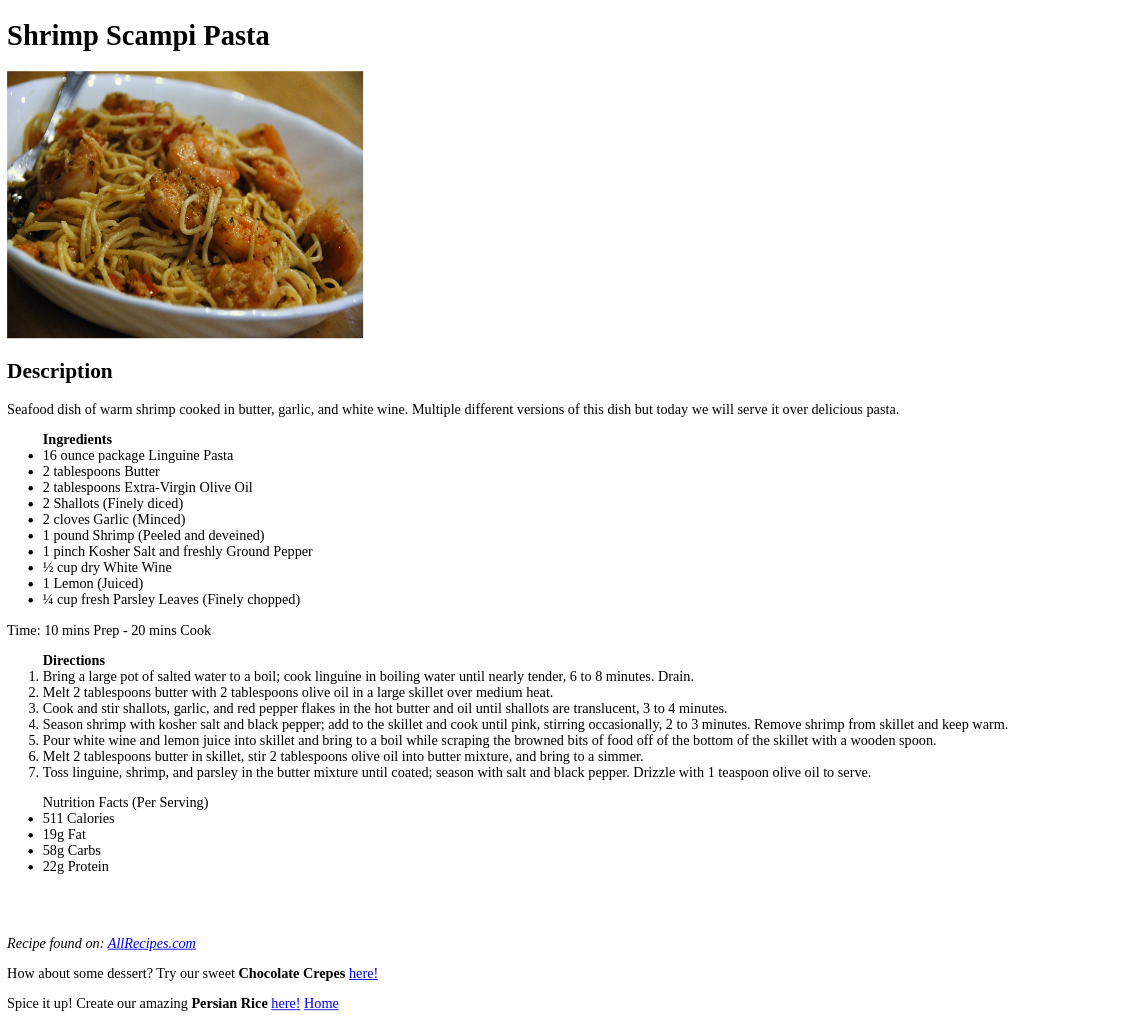
Repository: Mervens/odin-recipes
Page: recipes/pasta.html
The author's editor kept a copy of each file at every save. The page is drawn from the files as they stood at one save, then again after the next save.
The browser window is 1280 px wide. The pictures show the whole page, at 89% of full size.

Above is the page before, as saved 2025-06-18 12:57:27.

### recipes/pasta.html
<!DOCTYPE html>

<html lang="en">

<head>
    <meta charset="UTF-8">
    <title>Shrimp Scampi Pasta | Odin Recipes</title>
</head>

<body>
    <h1>Shrimp Scampi Pasta</h1>

    <img src="../recipes/images/Shrimp Scampi.png"
        alt="Photo of Shrimp Scampi Pasta. Image found on Flickr - linked in ReadME." height=300 width=400>
    <h2>Description</h2>
    <p>Seafood dish of warm shrimp cooked in butter, garlic, and white wine. Multiple different versions of this dish
        but today we will serve it over delicious pasta.</p>
    <ul><strong>Ingredients</strong>
        <li>16 ounce package Linguine Pasta</li>
        <li>2 tablespoons Butter</li>
        <li>2 tablespoons Extra-Virgin Olive Oil</li>
        <li>2 Shallots (Finely diced)</li>
        <li>2 cloves Garlic (Minced)</li>
        <li>1 pound Shrimp (Peeled and deveined)</li>
        <li>1 pinch Kosher Salt and freshly Ground Pepper</li>
        <li>½ cup dry White Wine</li>
        <li>1 Lemon (Juiced)</li>
        <li>¼ cup fresh Parsley Leaves (Finely chopped)</li>
    </ul>
    <p>Time: 10 mins Prep - 20 mins Cook</p>
    <ol><strong>Directions</strong>
        <li>Bring a large pot of salted water to a boil; cook linguine in boiling water until nearly tender, 6 to 8
            minutes. Drain.
        </li>
        <li>Melt 2 tablespoons butter with 2 tablespoons olive oil in a large skillet over medium heat.
        </li>
        <li>Cook and stir shallots, garlic, and red pepper flakes in the hot butter and oil until shallots are
            translucent, 3 to 4 minutes.</li>
        <li>Season shrimp with kosher salt and black pepper; add to the skillet and cook until pink, stirring
            occasionally, 2 to 3 minutes. Remove shrimp from skillet and keep warm.
        </li>
        <li>Pour white wine and lemon juice into skillet and bring to a boil while scraping the browned bits of food off
            of the bottom of the skillet with a wooden spoon.</li>
        <li>Melt 2 tablespoons butter in skillet, stir 2 tablespoons olive oil into butter mixture, and bring to a
            simmer.</li>
        <li>Toss linguine, shrimp, and parsley in the butter mixture until coated; season with salt and black pepper.
            Drizzle with 1 teaspoon olive oil to serve.</li>
    </ol>
    <ul>
        Nutrition Facts (Per Serving)
        <li>511 Calories</li>
        <li>19g Fat</li>
        <li>58g Carbs</li>
        <li>22g Protein</li>
    </ul>
    <br>
    <br>

    <p><em>Recipe found on:
            <a href="https://www.allrecipes.com/recipe/229960/shrimp-scampi-with-pasta/" target="_blank"
                rel="noopener noreferrer">AllRecipes.com</em>
    </p>
    </a>
    <p>How about some dessert? Try our sweet <strong>Chocolate Crepes </strong><a href="../recipes/crepe.html">here!</a>
    </p>
    <p>Spice it up! Create our amazing <strong>Persian Rice </strong><a href="../recipes/persian-rice.html">here!</a>
        <a href="../index.html">Home</a>

</body>

</html>

After the next save:
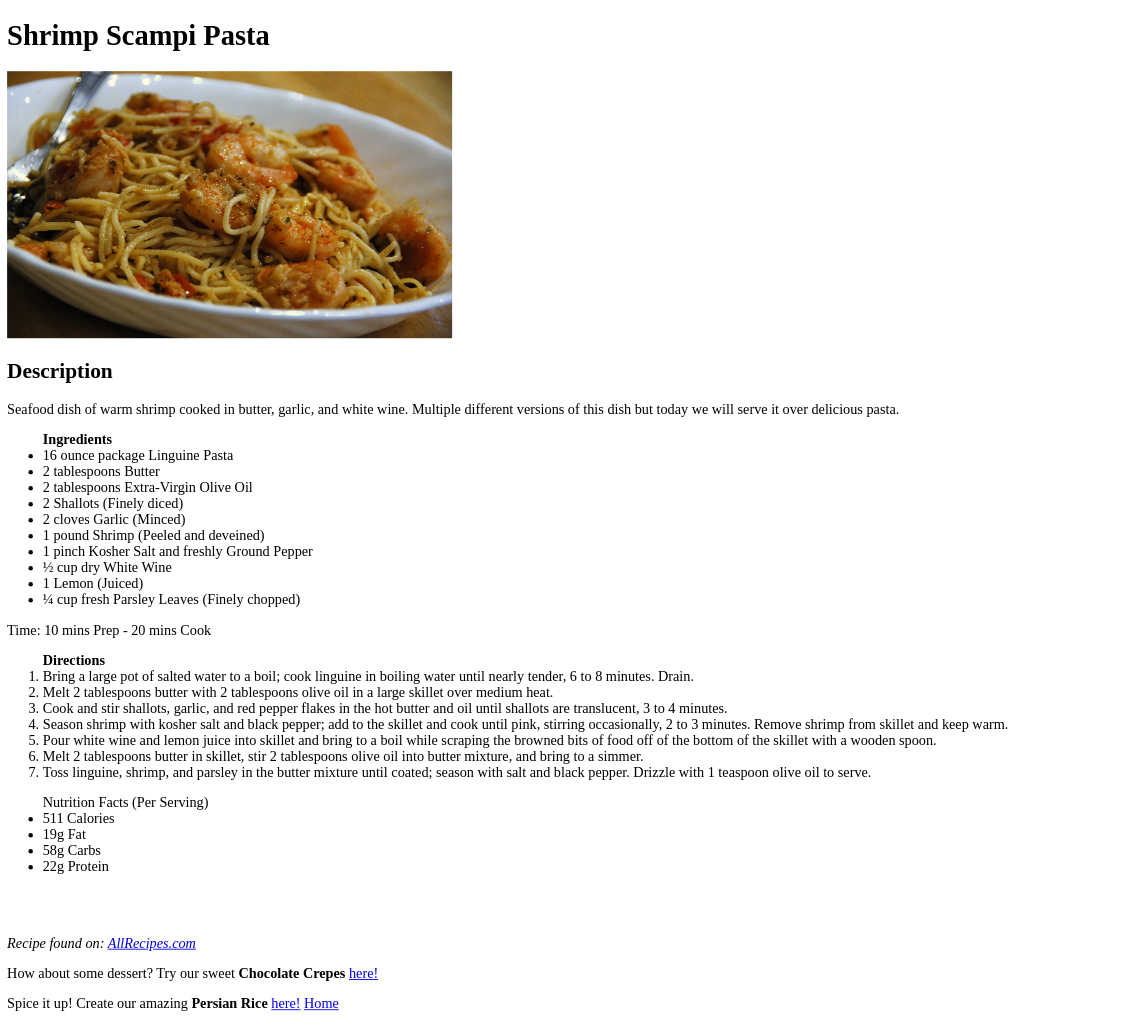
Saved 2 min 0 s later.
--- a/recipes/pasta.html
+++ b/recipes/pasta.html
@@ -11,7 +11,7 @@
     <h1>Shrimp Scampi Pasta</h1>
 
     <img src="../recipes/images/Shrimp Scampi.png"
-        alt="Photo of Shrimp Scampi Pasta. Image found on Flickr - linked in ReadME." height=300 width=400>
+        alt="Photo of Shrimp Scampi Pasta. Image found on Flickr - linked in ReadME." height=300 width=500>
     <h2>Description</h2>
     <p>Seafood dish of warm shrimp cooked in butter, garlic, and white wine. Multiple different versions of this dish
         but today we will serve it over delicious pasta.</p>
